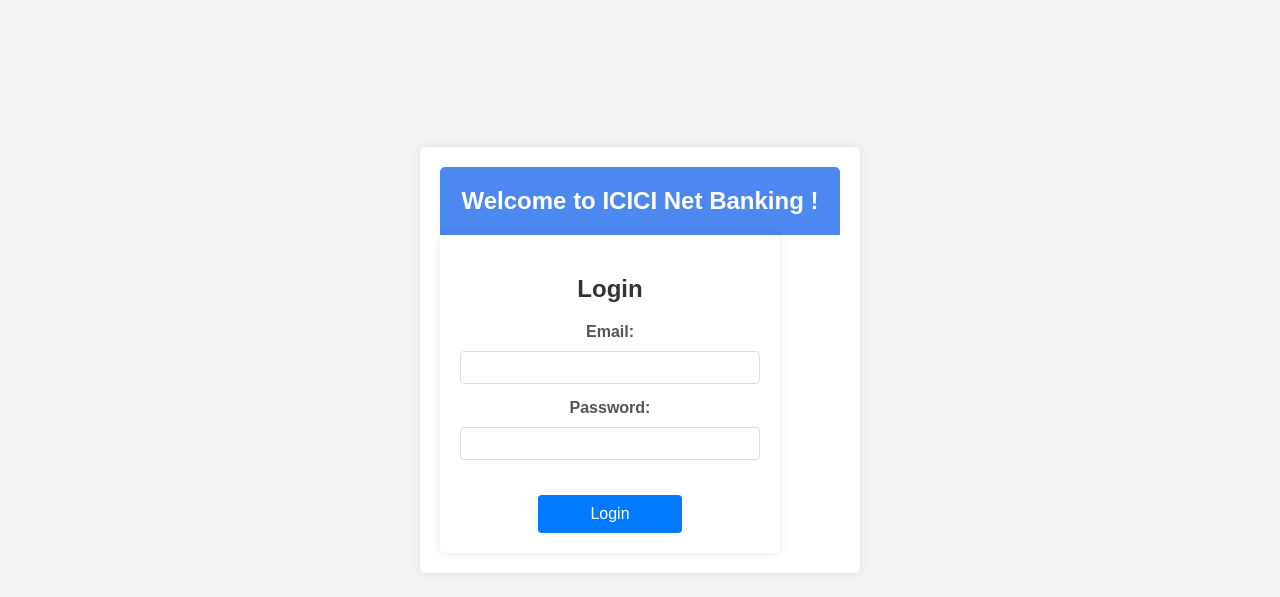
Repository: vinayakGarudi2002/swabhavTrainingProjects
Page: http://localhost/01_banking_application/login.jsp
An editor plug-in stored every save of this project. The page is shown before and after the next save, followed by the edit.
The browser window is 1280 px wide. The pictures show the whole page.
The page is served by Tomcat 9.

Above is the page before, as saved 2024-08-12 13:45:28.

After the next save:
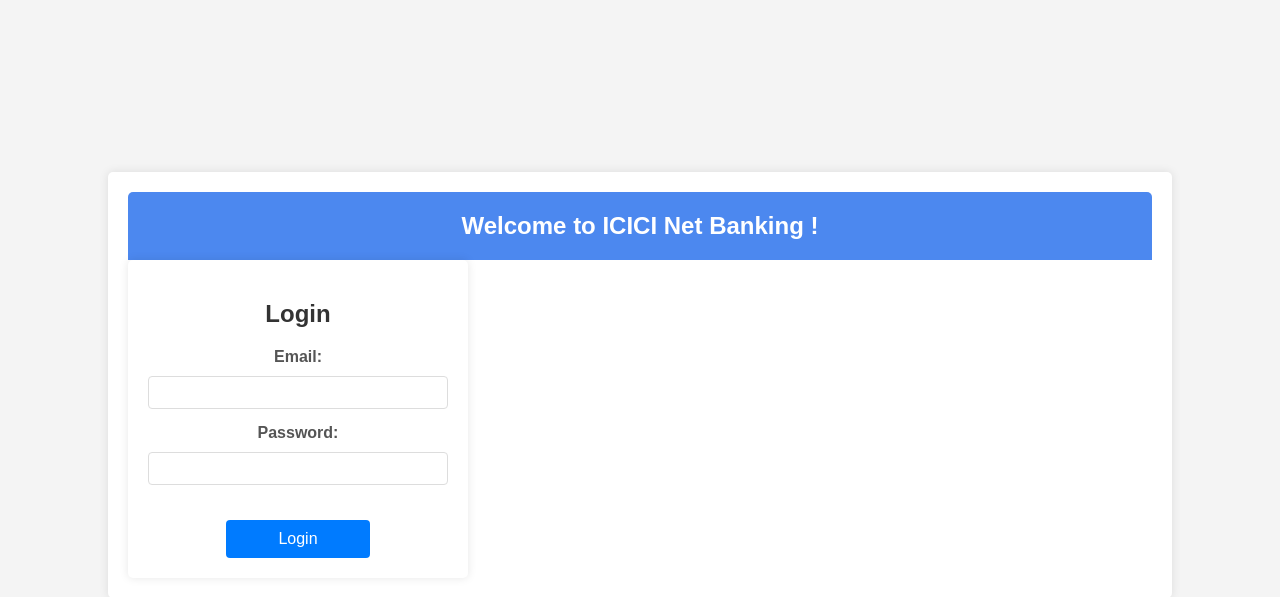
Saved 61 s later.
--- a/01_banking_application/WebContent/login.jsp
+++ b/01_banking_application/WebContent/login.jsp
@@ -6,6 +6,14 @@
     <meta charset="UTF-8">
     <title>Login - Banking App</title>
     <link rel="stylesheet" type="text/css" href="static/css/styles.css">
+    <style type="text/css">
+     .dashboard-container {
+            width: 80%;
+            margin: 0 auto;
+            margin-top: 50px;
+        }
+
+    </style>
 </head>
 <body>
  <div class="dashboard-container">
